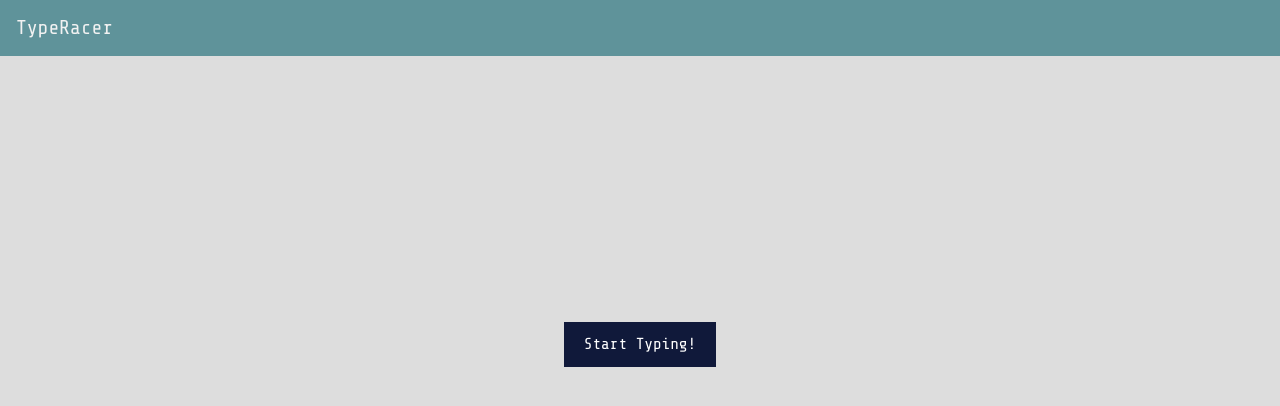
Repository: Tagaca19e/Type-it
Page: /
These files come from the project's save history. The page is drawn as it stood at one moment and after the next save; the edit follows.
The browser window is 1280 px wide. The pictures show the whole page.
The page's requests for data from a server got no answer. The project was rebuilt for these pictures with package versions that can differ from the ones it lists, and the page was loaded fresh each time. No one was signed in, and anything a server would have sent is missing. Also part of the build but not shown: src/components/Timer.js, src/components/Speed.js, src/components/TypeDetails.js, src/components/TypeRacer.js, src/app.css.

Above is the page before, as saved 2021-08-06 23:11:08.

### public/index.html
<!DOCTYPE html>
<html lang="en">
  <head>
    <meta charset="utf-8" />
    <link rel="icon" href="%PUBLIC_URL%/favicon.ico" />
    <meta name="viewport" content="width=device-width, initial-scale=1" />
    <meta name="theme-color" content="#000000" />
    <meta
      name="description"
      content="Web site created using create-react-app"
    />
    <link
      href="https://fonts.googleapis.com/css2?family=Open+Sans:wght@300;400;600;700;800&family=Titillium+Web:wght@200;300;400;600;700;900&display=swap"
      rel="stylesheet"
    />
    <link
      href="https://fonts.googleapis.com/css2?family=Press+Start+2P&family=Share+Tech+Mono&display=swap"
      rel="stylesheet"
    />
    <link rel="apple-touch-icon" href="%PUBLIC_URL%/logo192.png" />
    <!--
      manifest.json provides metadata used when your web app is installed on a
      user's mobile device or desktop. See https://developers.google.com/web/fundamentals/web-app-manifest/
    -->
    <link rel="manifest" href="%PUBLIC_URL%/manifest.json" />
    <!--
      Notice the use of %PUBLIC_URL% in the tags above.
      It will be replaced with the URL of the `public` folder during the build.
      Only files inside the `public` folder can be referenced from the HTML.
      Unlike "/favicon.ico" or "favicon.ico", "%PUBLIC_URL%/favicon.ico" will
      work correctly both with client-side routing and a non-root public URL.
      Learn how to configure a non-root public URL by running `npm run build`.
    -->
    <title>Typing Test</title>
  </head>
  <body>
    <noscript>You need to enable JavaScript to run this app.</noscript>
    <div id="root"></div>
    <!--
      This HTML file is a template.
      If you open it directly in the browser, you will see an empty page.
      You can add webfonts, meta tags, or analytics to this file.
      The build step will place the bundled scripts into the <body> tag.
      To begin the development, run `npm start` or `yarn start`.
      To create a production bundle, use `npm run build` or `yarn build`.
    -->
  </body>
</html>

### src/index.css
* {
  margin: 0;
  padding: 0;
}

html body {
  font-family: "Share Tech Mono", serif;
  background-color: #dddddd;
  /* background-image: -webkit-linear-gradient(0deg, #08aeea 0%, #2af598 100%);
  background-image: -moz-linear-gradient(0deg, #08aeea 0%, #2af598 100%);
  background-image: -o-linear-gradient(0deg, #08aeea 0%, #2af598 100%);
  background-image: linear-gradient(0deg, #08aeea 0%, #2af598 100%); */

  color: white;
}

.primary-text {
  font-family: "Press Start 2P", serif;
  color: #f5f5f5;
  font-weight: 400;
  font-size: 15px;
}

.input {
  font-family: "Share Tech Mono", serif;
  border-radius: 0;
  border: 0 !important;
  outline: none !important;
  padding-left: 10px;
  font-weight: 400;
  background-color: #62729c;
  color: white;
}

*:focus {
  outline: none !important;
}

#button {
  border-radius: 0;
  background-color: #10193a;
  border: 0;
  padding: 10px 20px 10px 20px;
  height: 45px;
  width: -webkit-max-content;
  width: -moz-max-content;
  width: max-content;
}

#button:active {
  -webkit-box-shadow: none;
  box-shadow: none;
}

#button:focus {
  -webkit-box-shadow: none;
  box-shadow: none;
}

.quote-text {
  font-family: "Share Tech Mono";
  font-size: 20px;
  width: 60%;
  margin: auto;
  color: white;
  text-align: center;
}

.quotes {
  margin-top: 150px;
  display: -webkit-box;
  display: -ms-flexbox;
  display: flex;
  -webkit-box-orient: vertical;
  -webkit-box-direction: normal;
  -ms-flex-direction: column;
  flex-direction: column;
  -webkit-box-pack: center;
  -ms-flex-pack: center;
  justify-content: center;
}

.quotes .input {
  padding: 5px;
  font-size: 25px;
  width: 80%;
  margin: auto;
  border-radius: 10px;
}

.quote {
  margin: auto;
  text-align: center;
}

.current-word {
  text-decoration: underline;
  -webkit-text-decoration-color: #f5f5f5;
  text-decoration-color: #f5f5f5;
}

.success {
  color: #74ff4a;
  -webkit-text-decoration-color: #74ff4a;
  text-decoration-color: #74ff4a;
}

.danger {
  color: #ff4e4e;
}

.error {
  background-color: #ff4e4e !important;
  color: white !important;
}

.placeholder {
  position: relative;
}

.placeholder::after {
  position: absolute;
  left: 5px;
  top: 13px;
  color: #f5f5f5;
  font-size: 25px;
  content: attr(data-placeholder);
  pointer-events: none;
  opacity: 0.6;
}

/**    NavBar   */
.navbar-custom {
  background-color: #5f939a;
}

.navbar-brand {
  color: #f2f2f2;
  -webkit-transition: 0.3s all;
  transition: 0.3s all;
}

.navbar-brand:hover {
  color: #f9f9f9;
}

.nav-item,
.nav-link {
  margin-left: 10px;
  margin-right: 10px;
  color: #f5f5f5 !important;
}

/** grid center */
.center {
  display: -webkit-box;
  display: -ms-flexbox;
  display: flex;
  -webkit-box-pack: center;
  -ms-flex-pack: center;
  justify-content: center;
  -webkit-box-align: center;
  -ms-flex-align: center;
  align-items: center;
  height: 80vh;
}

.timeout {
  position: absolute;
  width: 100%;
  height: 100vh;
  top: 0;
  left: 0;
  display: -webkit-box;
  display: -ms-flexbox;
  display: flex;
  -webkit-box-pack: center;
  -ms-flex-pack: center;
  justify-content: center;
  -webkit-box-align: center;
  -ms-flex-align: center;
  align-items: center;
  background-color: rgba(0, 0, 0, 0.5);
}

.type-details {
  width: -webkit-max-content;
  width: -moz-max-content;
  width: max-content;
  height: -webkit-max-content;
  height: -moz-max-content;
  height: max-content;
  position: relative;
  top: -50px;
  margin: auto;
  padding: 15px 45px 15px 45px;
  margin-bottom: 30px;
  background-color: #0f4c81;
  border-radius: 5px;
}

.type-details > * {
  position: relative;
  top: 5px;
}

.type-details-divider {
  display: -ms-grid;
  display: grid;
  place-items: center;
  -ms-grid-columns: 1fr 1fr;
  grid-template-columns: 1fr 1fr;
  gap: 90px;
}

.type-details-divider::after {
  content: "";
  position: absolute;
  top: 20%;
  left: 50%;
  width: 2px;
  height: 60%;
  background-color: rgba(0, 0, 0, 0.5);
}
/*# sourceMappingURL=index.css.map */

### src/App.js
import { useState, useEffect } from "react";
import NavBar from "./components/NavBar";
import TypeRacer from "./components/TypeRacer";
import { getQuotes } from "./services/index";
import "./app.css";

export default function App() {
  const [quote, setQuote] = useState();
  const [started, setStarted] = useState(false);

  useEffect(() => {
    fetchQuotes();
  }, []);

  const fetchQuotes = async () => {
    const { data: quotes } = await getQuotes();
    const index = Math.floor(Math.random() * quotes.length);
    console.log(quotes[index].text);
    setQuote(quotes[index].text);
  };

  return (
    <div className="main">
      <NavBar />
      {!started && (
        <div className="center">
          <button
            onClick={() => setStarted(true)}
            className="btn btn-primary"
            id="button"
          >
            Start Typing!
          </button>
        </div>
      )}
      {started && quote !== undefined && (
        <div className="master">
          <TypeRacer quote={quote} setQuote={setQuote} />
        </div>
      )}
    </div>
  );
}

### src/components/NavBar.js
import React from "react";

export default function NavBar() {
  return (
    <nav className="navbar navbar-expand-lg navbar-custom">
      <a className="navbar-brand" href="/">
        TypeRacer
      </a>
      <button
        className="navbar-toggler"
        type="button"
        data-toggle="collapse"
        data-target="#navbarNavAltMarkup"
        aria-controls="navbarNavAltMarkup"
        aria-expanded="false"
        aria-label="Toggle navigation"
      >
        <span className="navbar-toggler-icon"></span>
      </button>
      <div
        className="collapse navbar-collapse justify-content-end"
        id="navbarNavAltMarkup"
      ></div>
    </nav>
  );
}

### src/services/index.js
import axios from "axios";

export const getQuotes = async () => {
  const response = await axios.get("https://type.fit/api/quotes");
  console.log(response);
  return response;
};

Loaded but not shown: src/index.js (common file); src/components/typeracer.css (no stored copy; drawn as an empty file)

After the next save:
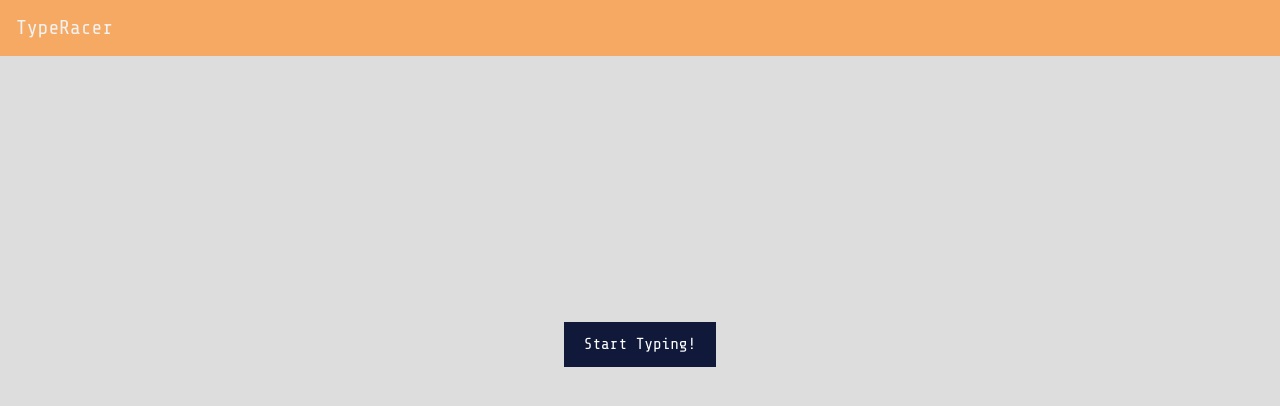
Saved 30 s later.
--- a/src/index.css
+++ b/src/index.css
@@ -131,7 +131,7 @@
 
 /**    NavBar   */
 .navbar-custom {
-  background-color: #5f939a;
+  background-color: #f5a962;
 }
 
 .navbar-brand {

After the save that followed:
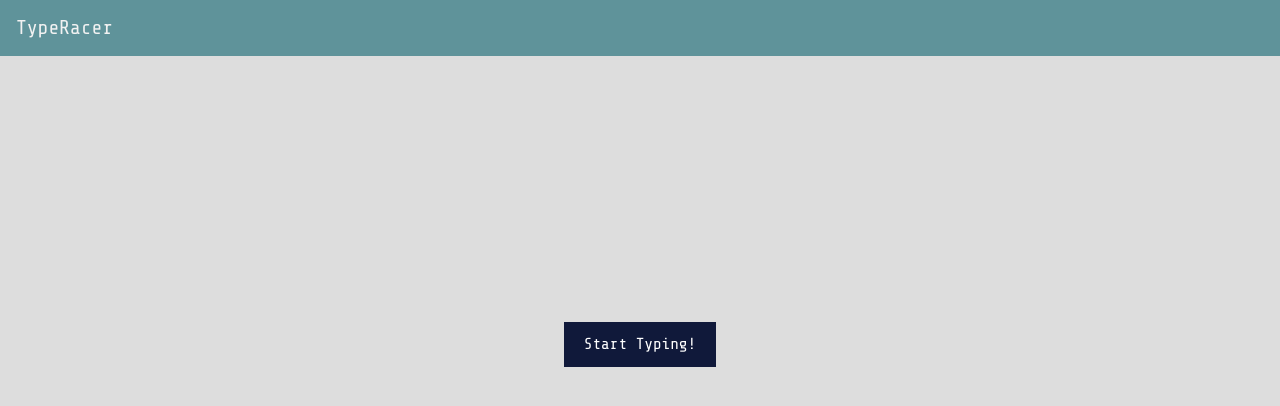
Saved 15 s later.
--- a/src/index.css
+++ b/src/index.css
@@ -131,7 +131,7 @@
 
 /**    NavBar   */
 .navbar-custom {
-  background-color: #f5a962;
+  background-color: #5f939a;
 }
 
 .navbar-brand {
